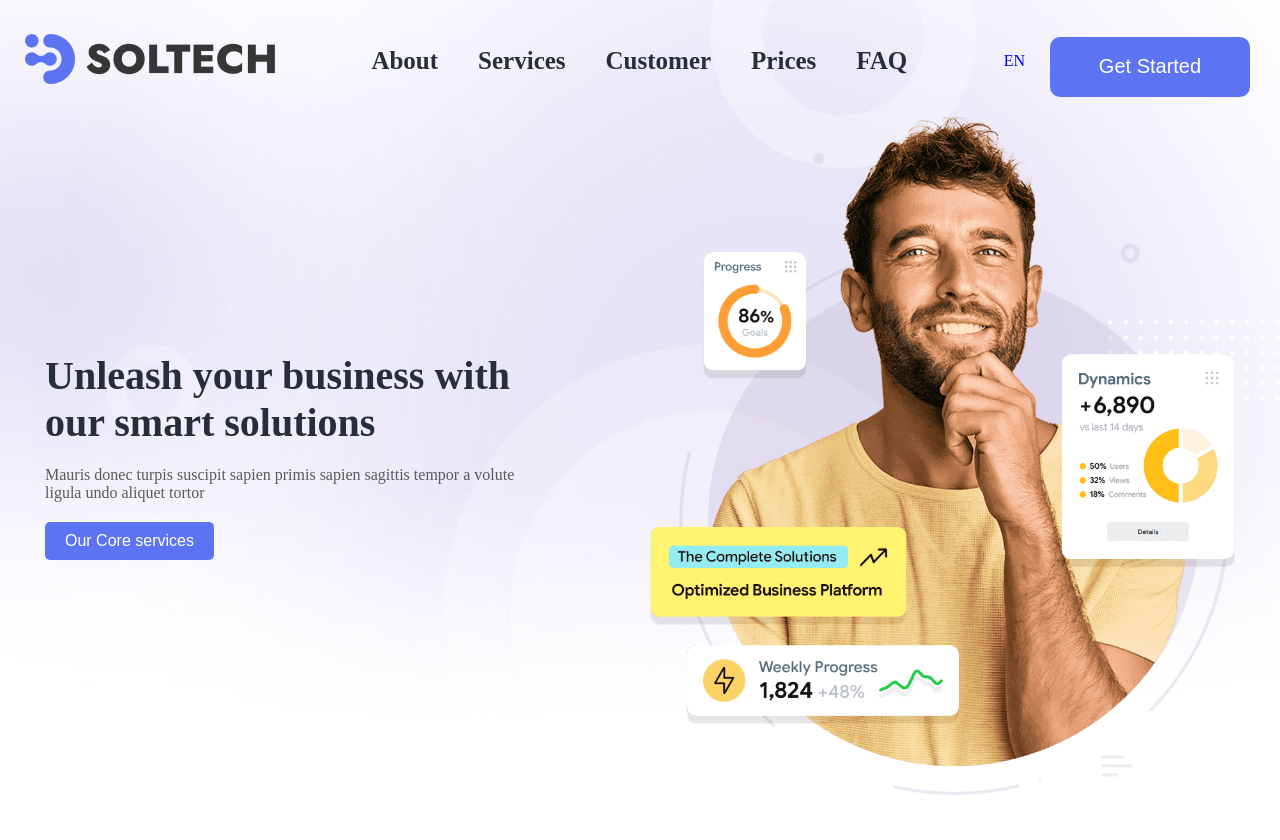
Repository: md-rabbi-hossain/Soltech-html
Page: index.html
These files come from the project's save history. The page is drawn as it stood at one moment and after the next save; the edit follows.
The browser window is 1280 px wide. The pictures show the whole page.

Above is the page before, as saved 2025-01-08 13:00:07.

After the next save:
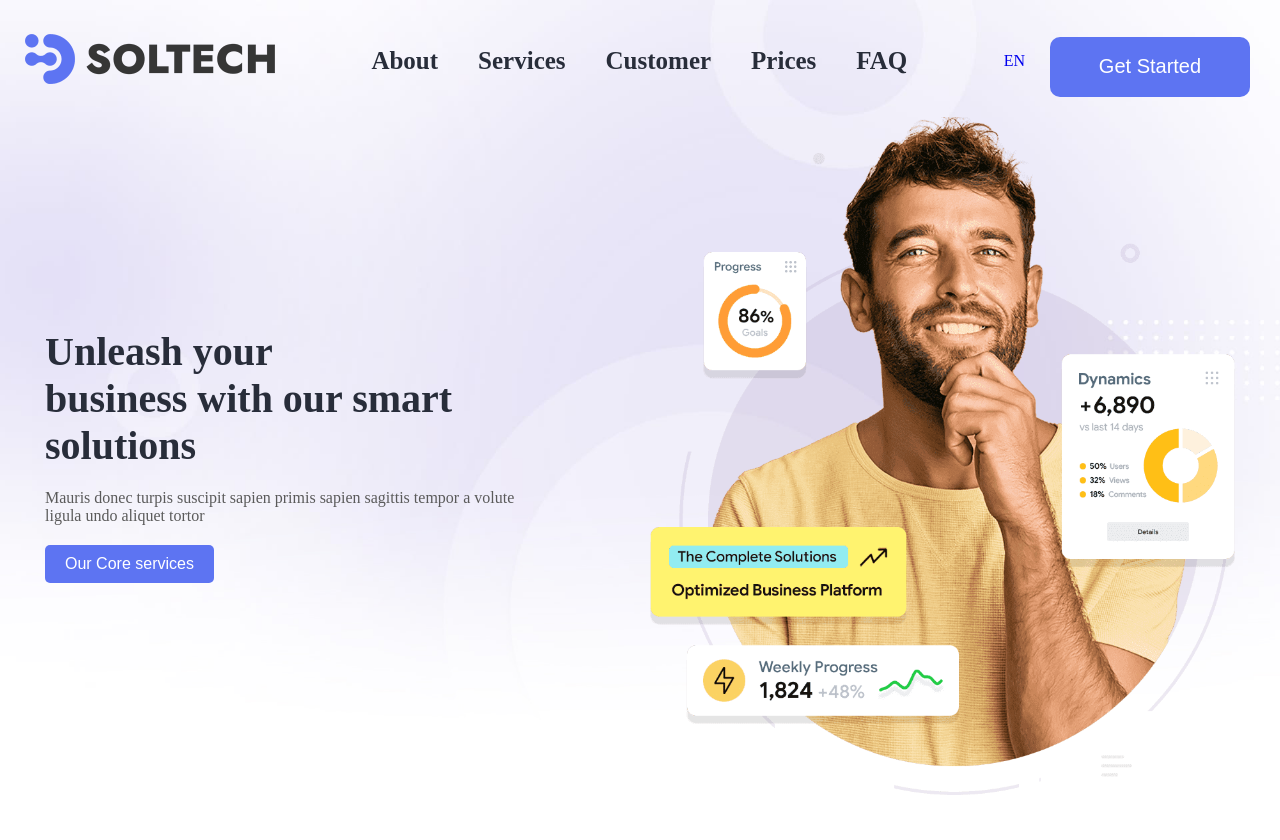
Saved 115 s later.
--- a/index.html
+++ b/index.html
@@ -43,7 +43,10 @@
         <div class="hero-parents">
           <div class="left-side">
             <div class="content">
-              <h1>Unleash your business with our smart solutions</h1>
+              <h1>
+                Unleash your <br />
+                business with our smart solutions
+              </h1>
               <p>
                 Mauris donec turpis suscipit sapien primis sapien sagittis
                 tempor a volute ligula undo aliquet tortor

After the save that followed:
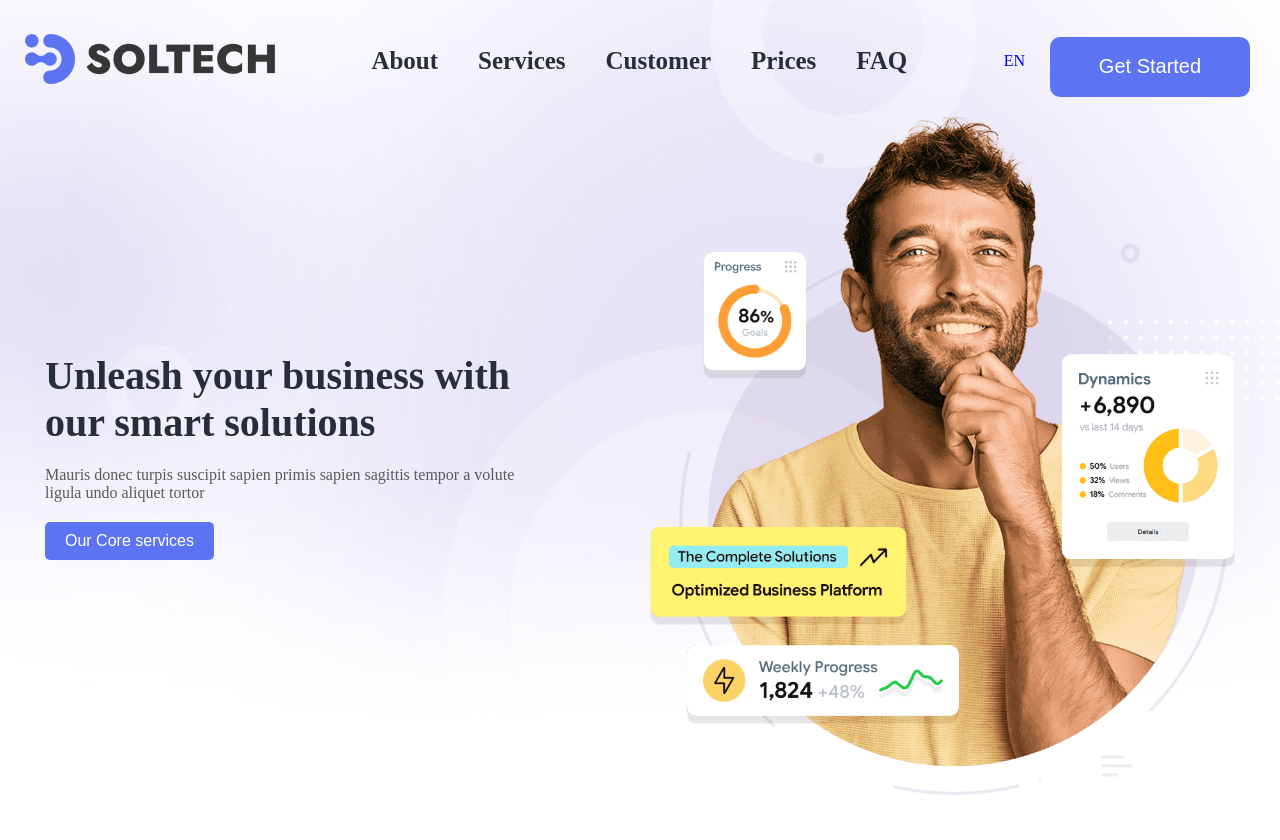
Saved 2 min 51 s later.
--- a/index.html
+++ b/index.html
@@ -43,10 +43,7 @@
         <div class="hero-parents">
           <div class="left-side">
             <div class="content">
-              <h1>
-                Unleash your <br />
-                business with our smart solutions
-              </h1>
+              <h1>Unleash your business with our smart solutions</h1>
               <p>
                 Mauris donec turpis suscipit sapien primis sapien sagittis
                 tempor a volute ligula undo aliquet tortor
